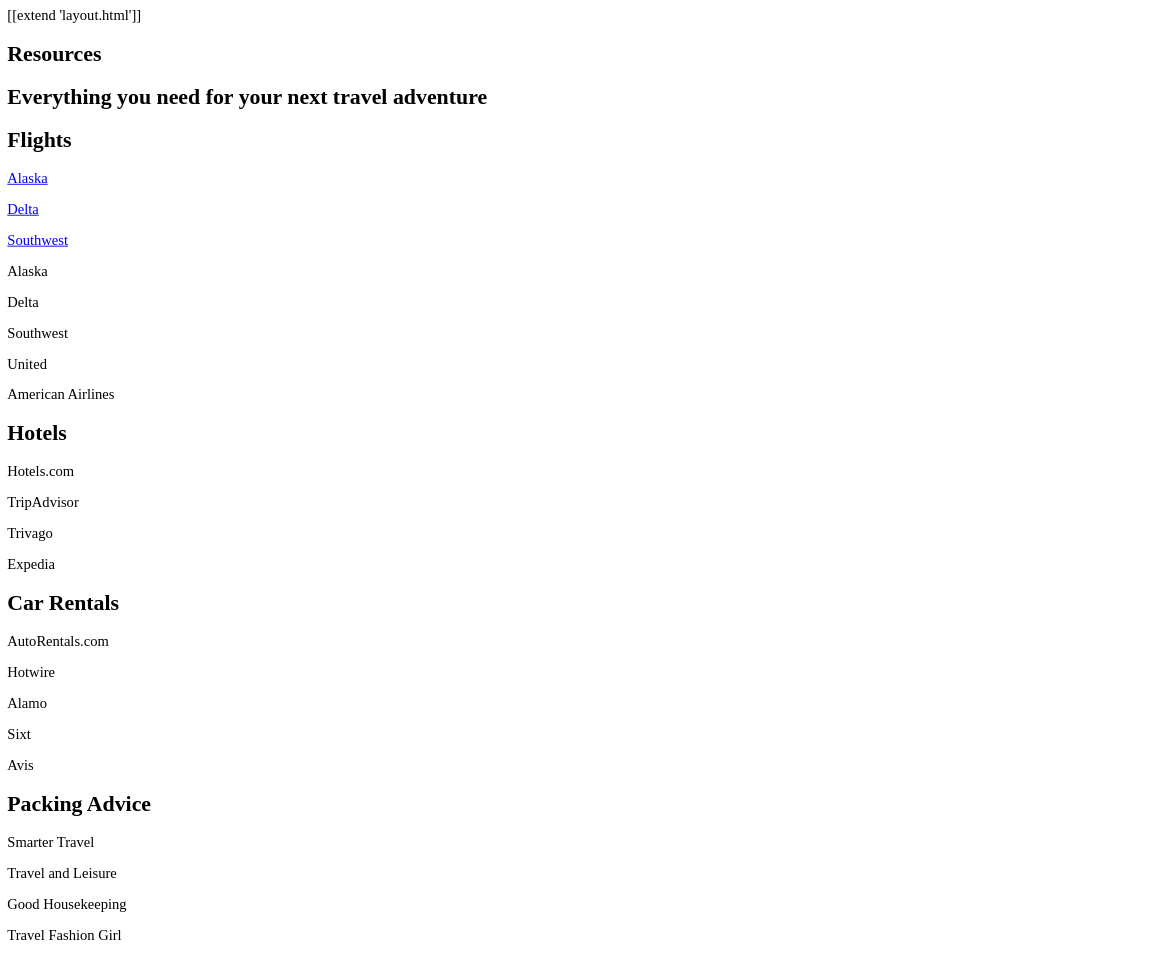
Repository: mreyeszaz/travel-tea-website
Page: templates/resources.html
These files come from the project's save history. The page is drawn as it stood at one moment and after a run of saves; the edit follows.
The browser window is 1280 px wide. The pictures show the whole page, at 91% of full size.

Above is the page before, as saved 2021-05-29 22:53:11.

### templates/resources.html
[[extend 'layout.html']]

<section>
    <div class="section">
        <h1 class="title">Resources</h1>
        <h2 class="subtitle">Everything you need for your next travel adventure</h2>

        <div class="box">
            <h2 class="subtitle">Flights</h2>
            <a href="https://www.alaskaair.com/"><p>Alaska</p></a>
            <a href="https://www.alaskaair.com/"><p>Delta</p></a>
            <a href="https://www.alaskaair.com/"><p>Southwest</p></a>
            <a href="https://www.alaskaair.com/"><p></p></a>
            <p> Alaska </p>
            <p> Delta </p>
            <p> Southwest </p>
            <p> United </p>
            <p> American Airlines </p>
        </div>

        <div class="box">
            <h2 class="subtitle">Hotels</h2>
            <p> Hotels.com </p>
            <p> TripAdvisor </p>
            <p> Trivago </p>
            <p> Expedia </p>
        </div>

        <div class="box">
            <h2 class="subtitle">Car Rentals</h2>
            <p> AutoRentals.com </p>
            <p> Hotwire </p>
            <p> Alamo </p>
            <p> Sixt </p>
            <p> Avis </p>
        </div>

        <div class="box">
            <h2 class="subtitle">Packing Advice</h2>
            <p> Smarter Travel </p>
            <p> Travel and Leisure </p>
            <p> Good Housekeeping </p>
            <p> Travel Fashion Girl </p>
        </div>
        <div></div>
    </div>
</section>

After the next 3 saves:
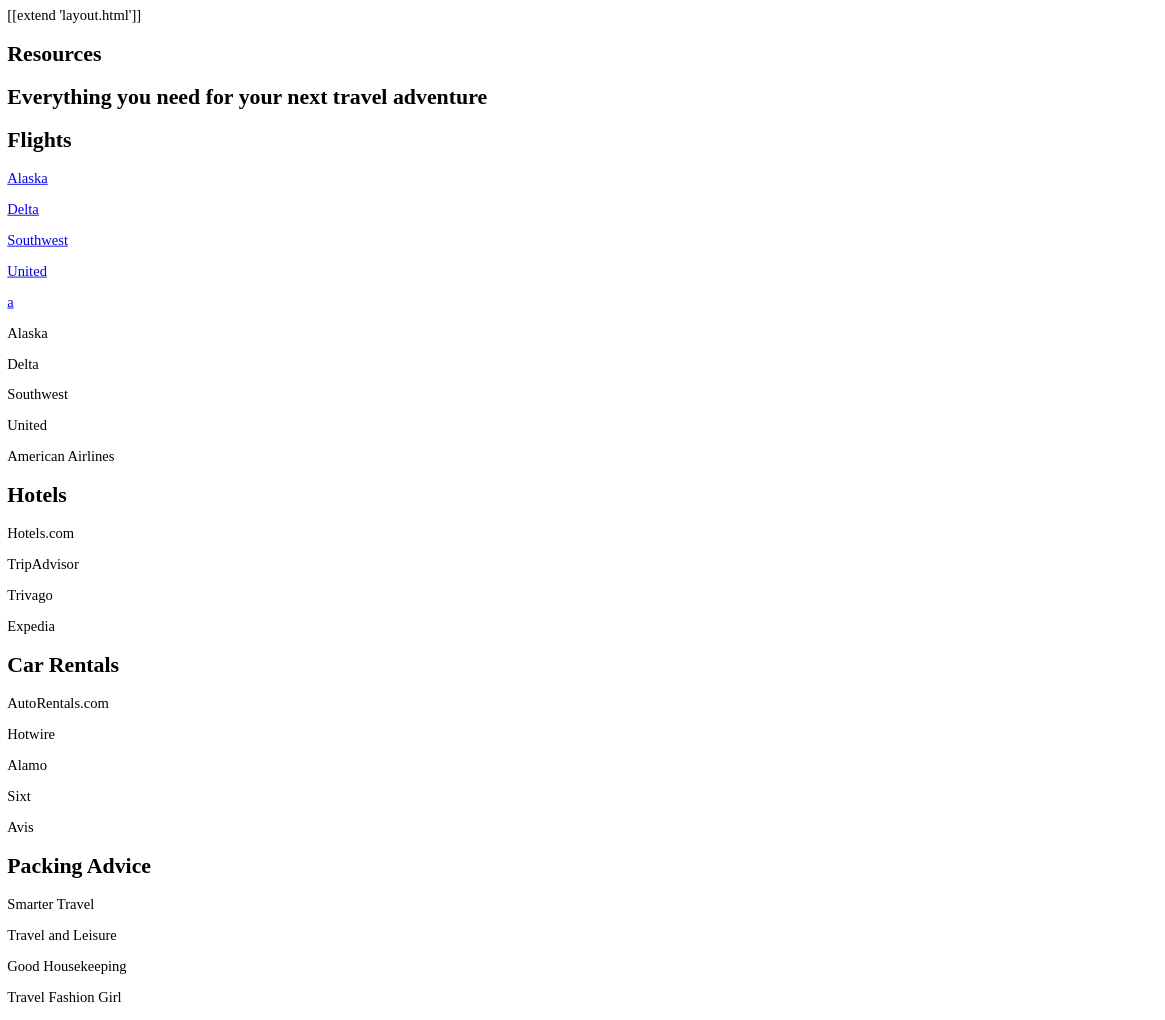
The 3 saves are shown as one change because they came seconds apart.
The last was saved 9 s later.
--- a/templates/resources.html
+++ b/templates/resources.html
@@ -10,7 +10,8 @@
             <a href="https://www.alaskaair.com/"><p>Alaska</p></a>
             <a href="https://www.alaskaair.com/"><p>Delta</p></a>
             <a href="https://www.alaskaair.com/"><p>Southwest</p></a>
-            <a href="https://www.alaskaair.com/"><p></p></a>
+            <a href="https://www.alaskaair.com/"><p>United</p></a>
+            <a href="https://www.alaskaair.com/"><p>a</p></a>
             <p> Alaska </p>
             <p> Delta </p>
             <p> Southwest </p>
